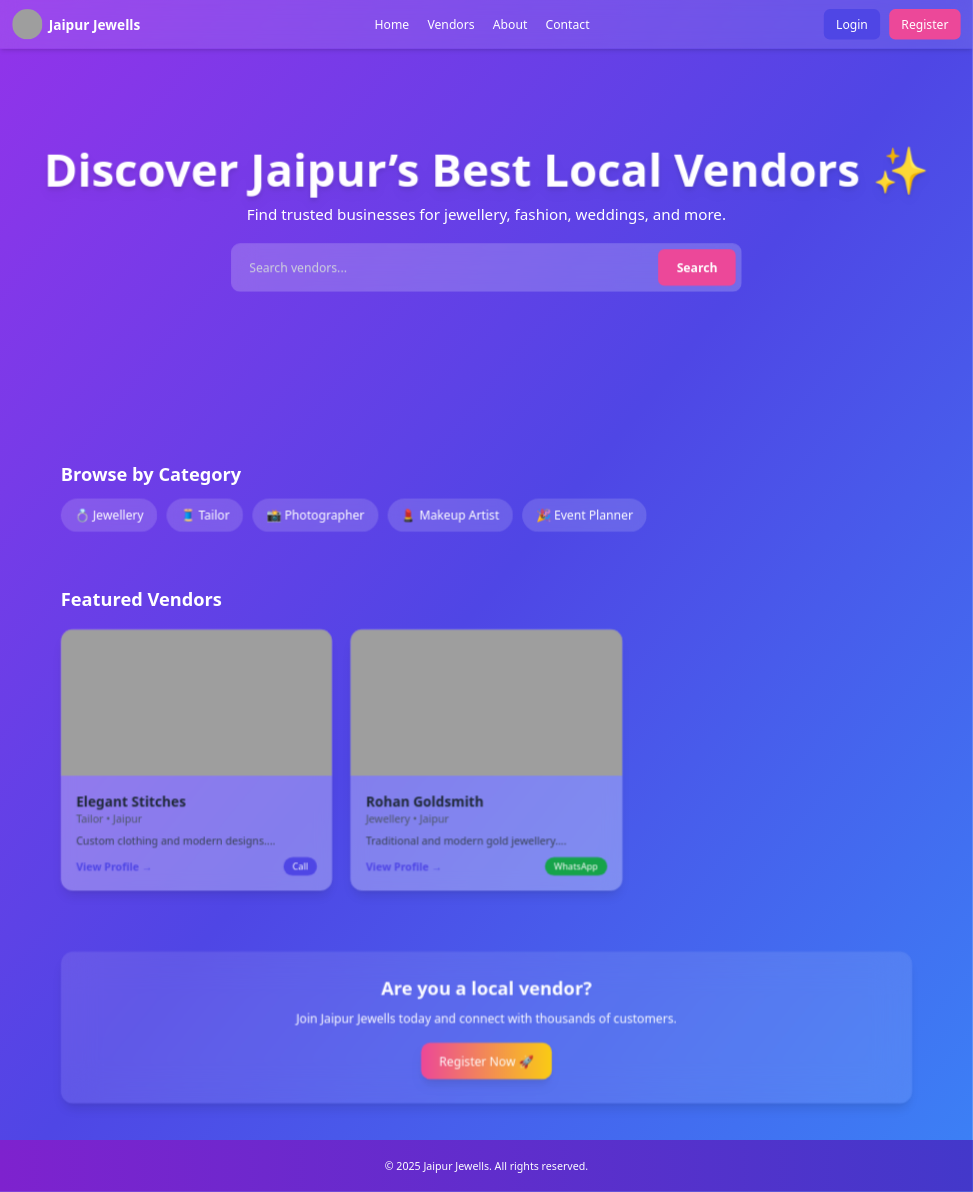
Repository: aayushtailor/VendorConnect
Page: index.html
An editor plug-in stored every save of this project. The page is shown before and after the next save, followed by the edit.
The browser window is 1280 px wide. The pictures show the whole page, at 76% of full size.
Pictures or frames that could not be fetched are drawn as grey boxes. Some web libraries are served in a nearby version.

Above is the page before, as saved 2025-09-20 11:55:33.
Console error: TypeError: Cannot set properties of null (setting 'onclick')

### index.html
<!doctype html>
<html lang="en">
<head>
  <meta charset="utf-8" />
  <meta name="viewport" content="width=device-width, initial-scale=1" />
  <title>Jaipur Jewells — Trendy Vendor Directory</title>
  <script src="https://cdn.tailwindcss.com"></script>
  <link href="https://unpkg.com/aos@2.3.1/dist/aos.css" rel="stylesheet">
  <script src="https://unpkg.com/aos@2.3.1/dist/aos.js"></script>
  <link rel="stylesheet" href="styles.css">
</head>
<body class="bg-gradient-to-br from-purple-600 via-indigo-600 to-blue-500 text-white">

 <!-- Navbar -->
<nav class="fixed top-0 left-0 w-full z-50 bg-white/10 backdrop-blur-md shadow-md">
  <div class="max-w-7xl mx-auto px-4 py-3 flex justify-between items-center">
    <!-- Logo -->
    <div class="flex items-center gap-2">
      <img src="logo.png" alt="Logo" class="w-10 h-10 rounded-full">
      <span class="font-bold text-lg text-white">Jaipur Jewells</span>
    </div>

    <!-- Desktop Links -->
    <div class="hidden md:flex items-center gap-6 text-white font-medium">
      <a href="index.html" class="hover:text-pink-300">Home</a>
      <a href="#vendorsGrid" class="hover:text-pink-300">Vendors</a>
      <a href="about.html" class="hover:text-pink-300">About</a>
      <a href="contact.html" class="hover:text-pink-300">Contact</a>
    </div>

    <!-- CTA -->
    <div class="flex items-center gap-3">
      <a href="login.html" class="hidden md:block px-4 py-2 bg-indigo-600 text-white rounded-lg hover:bg-indigo-700">Login</a>
      <a href="register.html" class="hidden md:block px-4 py-2 bg-pink-500 text-white rounded-lg hover:bg-pink-600">Register</a>
      <!-- Hamburger -->
      <button id="menuBtn" class="md:hidden flex flex-col gap-1">
        <span class="w-6 h-0.5 bg-white"></span>
        <span class="w-6 h-0.5 bg-white"></span>
        <span class="w-6 h-0.5 bg-white"></span>
      </button>
    </div>
  </div>
</nav>

<!-- Mobile Menu -->
<div id="mobileMenu" class="fixed inset-0 bg-black/70 backdrop-blur-md z-40 hidden">
  <div class="absolute top-0 right-0 w-64 h-full bg-white/90 text-gray-900 shadow-lg p-6 flex flex-col">
    <button id="closeMenu" class="self-end mb-6 text-2xl font-bold text-gray-700">&times;</button>
    <a href="index.html" class="mb-4 text-lg font-semibold hover:text-pink-500">Home</a>
    <a href="#vendorsGrid" class="mb-4 text-lg font-semibold hover:text-pink-500">Vendors</a>
    <a href="about.html" class="mb-4 text-lg font-semibold hover:text-pink-500">About</a>
    <a href="contact.html" class="mb-6 text-lg font-semibold hover:text-pink-500">Contact</a>
    <a href="login.html" class="mb-3 px-4 py-2 bg-indigo-600 text-white rounded-lg text-center hover:bg-indigo-700">Login</a>
    <a href="register.html" class="px-4 py-2 bg-pink-500 text-white rounded-lg text-center hover:bg-pink-600">Register</a>
  </div>
</div>


  <!-- Hero Section -->
  <section class="relative h-[80vh] flex flex-col justify-center items-center text-center px-4">
    <h1 data-aos="fade-up" class="text-4xl md:text-6xl font-extrabold mb-4 drop-shadow-lg">
      Discover Jaipur’s Best Local Vendors ✨
    </h1>
    <p data-aos="fade-up" data-aos-delay="200" class="text-lg md:text-xl mb-6">
      Find trusted businesses for jewellery, fashion, weddings, and more.
    </p>
    <div data-aos="fade-up" data-aos-delay="400" class="flex w-full max-w-2xl bg-white/20 backdrop-blur-lg rounded-xl p-2">
      <input id="searchInput" placeholder="Search vendors..." class="flex-1 bg-transparent px-4 py-3 text-white placeholder-gray-300 focus:outline-none" />
      <button id="searchBtn" class="px-6 py-3 bg-pink-500 hover:bg-pink-600 rounded-lg text-white font-semibold">
        Search
      </button>
    </div>
  </section>

  <!-- Categories -->
  <section class="max-w-6xl mx-auto px-4 py-8">
    <h2 class="text-2xl font-bold mb-4">Browse by Category</h2>
    <div class="flex gap-3 overflow-x-auto pb-2">
      <div class="category-chip">💍 Jewellery</div>
      <div class="category-chip">🧵 Tailor</div>
      <div class="category-chip">📸 Photographer</div>
      <div class="category-chip">💄 Makeup Artist</div>
      <div class="category-chip">🎉 Event Planner</div>
    </div>
  </section>

  <!-- Vendors Section -->
  <section class="max-w-6xl mx-auto px-4 py-8">
    <h2 class="text-2xl font-bold mb-6">Featured Vendors</h2>
    <div id="vendorsGrid" class="grid grid-cols-1 sm:grid-cols-2 lg:grid-cols-3 gap-6"></div>
    <p id="noResults" class="text-center text-gray-200 mt-8 hidden">No vendors found.</p>
  </section>

  <!-- CTA Banner -->
  <section class="max-w-6xl mx-auto px-4 py-12 text-center">
    <div class="bg-white/10 backdrop-blur-xl rounded-2xl p-8 shadow-lg">
      <h3 class="text-2xl font-bold mb-3">Are you a local vendor?</h3>
      <p class="mb-5">Join Jaipur Jewells today and connect with thousands of customers.</p>
      <a href="register.html" class="px-6 py-3 bg-gradient-to-r from-pink-500 to-yellow-400 text-white rounded-xl shadow-lg hover:scale-105 transition inline-block">
        Register Now 🚀
      </a>
    </div>
  </section>

  <!-- Footer -->
  <footer class="bg-gradient-to-r from-purple-700 to-indigo-700 text-center py-6">
    <p class="text-sm">&copy; 2025 Jaipur Jewells. All rights reserved.</p>
  </footer>

  <!-- JS -->
  <script src="app.js"></script>
  <script>AOS.init({ duration: 800, once: true });</script>
</body>
</html>

### styles.css
.category-chip {
  background: rgba(255,255,255,0.15);
  backdrop-filter: blur(10px);
  padding: 10px 18px;
  border-radius: 9999px;
  font-weight: 500;
  white-space: nowrap;
  transition: 0.2s;
}
.category-chip:hover {
  background: rgba(255,255,255,0.25);
  cursor: pointer;
}

### app.js
// Dummy Vendors (later connect to Flask API)
const dummyVendors = [
  { id: 1, name: "Aayush Tailor", business_name: "Elegant Stitches", category: "Tailor", city: "Jaipur", description: "Custom clothing and modern designs.", phone: "9998887777" },
  { id: 2, name: "Rohan Jewels", business_name: "Rohan Goldsmith", category: "Jewellery", city: "Jaipur", description: "Traditional and modern gold jewellery.", whatsapp: "9995554444" }
];

// Create vendor card
function makeCard(v){
  const name = v.business_name ? v.business_name : (v.name || "Unnamed Vendor");
  const category = v.category || "Uncategorized";
  const city = v.city || "Jaipur";
  const desc = v.description ? v.description.slice(0, 90) : "No description available";

  return `
    <div data-aos="fade-up"
         class="bg-white/30 backdrop-blur-md rounded-2xl overflow-hidden shadow-lg hover:shadow-xl transform hover:scale-[1.02] transition duration-300">
      <img src="placeholder.jpg" class="w-full h-48 object-cover" alt="${name}" />
      <div class="p-5 text-gray-900">
        <h3 class="text-lg font-bold text-gray-800">${name}</h3>
        <p class="text-sm text-gray-600 mb-2">${category} • ${city}</p>
        <p class="text-sm text-gray-700 mb-3">${desc}...</p>
        <div class="flex justify-between items-center">
          <a href="vendor.html?id=${v.id}"
             class="text-sm font-semibold text-indigo-600 hover:text-indigo-800">
             View Profile →
          </a>
          <div class="flex gap-2">
            ${v.phone ? `<a href="tel:${v.phone}" class="text-xs px-3 py-1 bg-indigo-600 text-white rounded-full hover:bg-indigo-700 transition">Call</a>` : ''}
            ${v.whatsapp ? `<a href="https://wa.me/${v.whatsapp}" target="_blank" class="text-xs px-3 py-1 bg-green-600 text-white rounded-full hover:bg-green-700 transition">WhatsApp</a>` : ''}
          </div>
        </div>
      </div>
    </div>
  `;
}

// Render vendors
function render(){
  const grid = document.getElementById('vendorsGrid');
  const search = document.getElementById('searchInput').value.toLowerCase();
  const filtered = dummyVendors.filter(v=>{
    const text = `${v.business_name} ${v.name} ${v.category} ${v.city}`.toLowerCase();
    return (!search || text.includes(search));
  });

  grid.innerHTML = filtered.map(makeCard).join('');
  document.getElementById('noResults').classList.toggle('hidden', filtered.length>0);
  AOS.refresh();
}

// Events
document.addEventListener('DOMContentLoaded', ()=>{
  render();
  document.getElementById('searchBtn').onclick = render;
  document.getElementById('searchInput').onkeyup = (e)=>{ if(e.key==='Enter') render(); };

  document.getElementById('openRegister').onclick = ()=> alert("Registration form coming soon!");
});
// Navbar Mobile Menu
document.addEventListener("DOMContentLoaded", () => {
  const menuBtn = document.getElementById("menuBtn");
  const closeMenu = document.getElementById("closeMenu");
  const mobileMenu = document.getElementById("mobileMenu");

  if(menuBtn && closeMenu && mobileMenu){
    menuBtn.addEventListener("click", () => {
      mobileMenu.classList.remove("hidden");
    });
    closeMenu.addEventListener("click", () => {
      mobileMenu.classList.add("hidden");
    });
  }

  // Mobile Register button
  const mobileRegister = document.getElementById("mobileRegister");
  if(mobileRegister){
    mobileRegister.addEventListener("click", () => {
      alert("Registration form coming soon!");
      mobileMenu.classList.add("hidden");
    });
  }
});

After the next save:
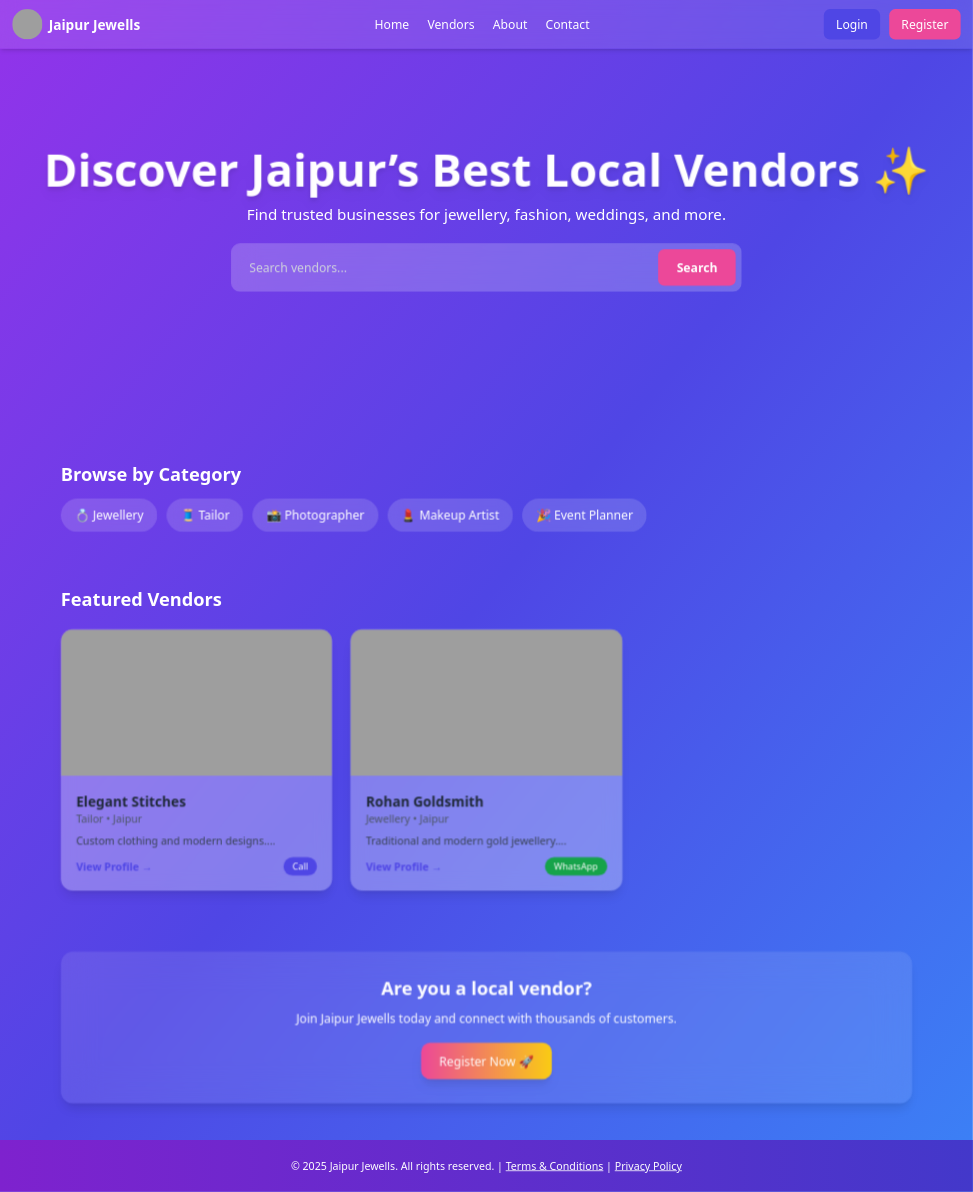
Saved 54 s later.
--- a/index.html
+++ b/index.html
@@ -103,9 +103,14 @@
   </section>
 
   <!-- Footer -->
-  <footer class="bg-gradient-to-r from-purple-700 to-indigo-700 text-center py-6">
-    <p class="text-sm">&copy; 2025 Jaipur Jewells. All rights reserved.</p>
-  </footer>
+<footer class="bg-gradient-to-r from-purple-700 to-indigo-700 text-center py-6">
+  <p class="text-sm">
+    &copy; 2025 Jaipur Jewells. All rights reserved. |
+    <a href="terms.html" class="underline hover:text-yellow-300">Terms & Conditions</a> |
+    <a href="privacy.html" class="underline hover:text-yellow-300">Privacy Policy</a>
+  </p>
+</footer>
+
 
   <!-- JS -->
   <script src="app.js"></script>
